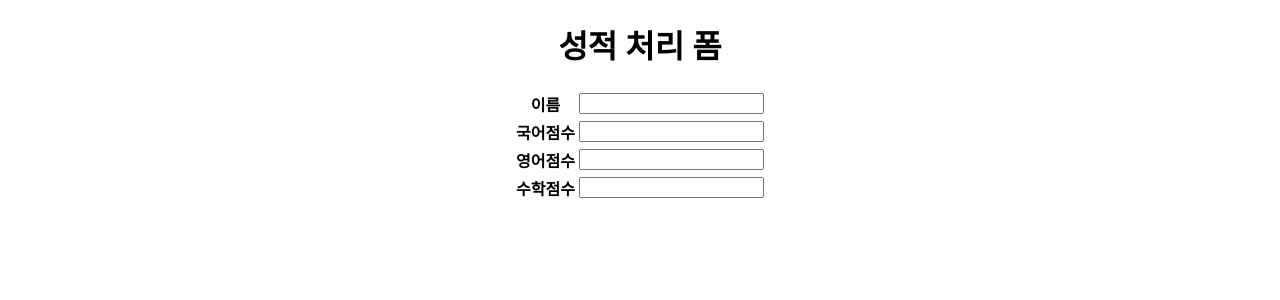
Repository: weasd33/KH_JSP_Practice
Page: http://localhost/01_Servlet/Ex06.jsp
The author's editor kept a copy of each file at every save. The page is drawn from the files as they stood at one save, then again after the next save.
The browser window is 1280 px wide. The pictures show the whole page.
The page is served by Tomcat 9.

Above is the page before, as saved 2022-03-30 05:37:02.

After the next save:
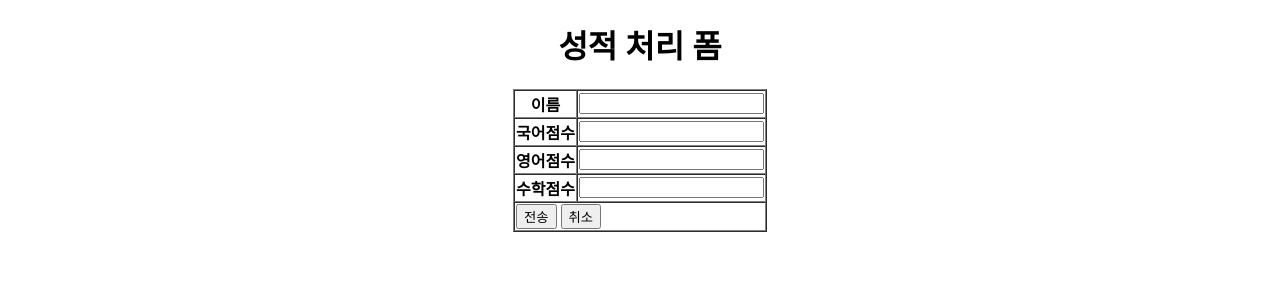
Saved 109 s later.
--- a/01_Servlet/WebContent/Ex06.jsp
+++ b/01_Servlet/WebContent/Ex06.jsp
@@ -16,7 +16,7 @@
 	 <div align="center">
 	 	<h1>성적 처리 폼</h1>
 	 	<form action="exam" method="POST">
-		 	<table>
+		 	<table border="1" cellspacing="0">
 		 		<tr>
 		 			<th>이름</th>
 		 			<td><input type="text" name=name></td>
@@ -33,6 +33,13 @@
 		 			<th>수학점수</th>
 		 			<td><input type="text" name=math></td>
 		 		</tr>
+
+		 		<tr>
+		 			<td colspan="2">
+		 				<input type="submit" value="전송">
+		 				<input type="reset" value="취소">
+		 			</td>
+		 		</tr>
 		 	</table>
 	 	</form>
 	 </div>
